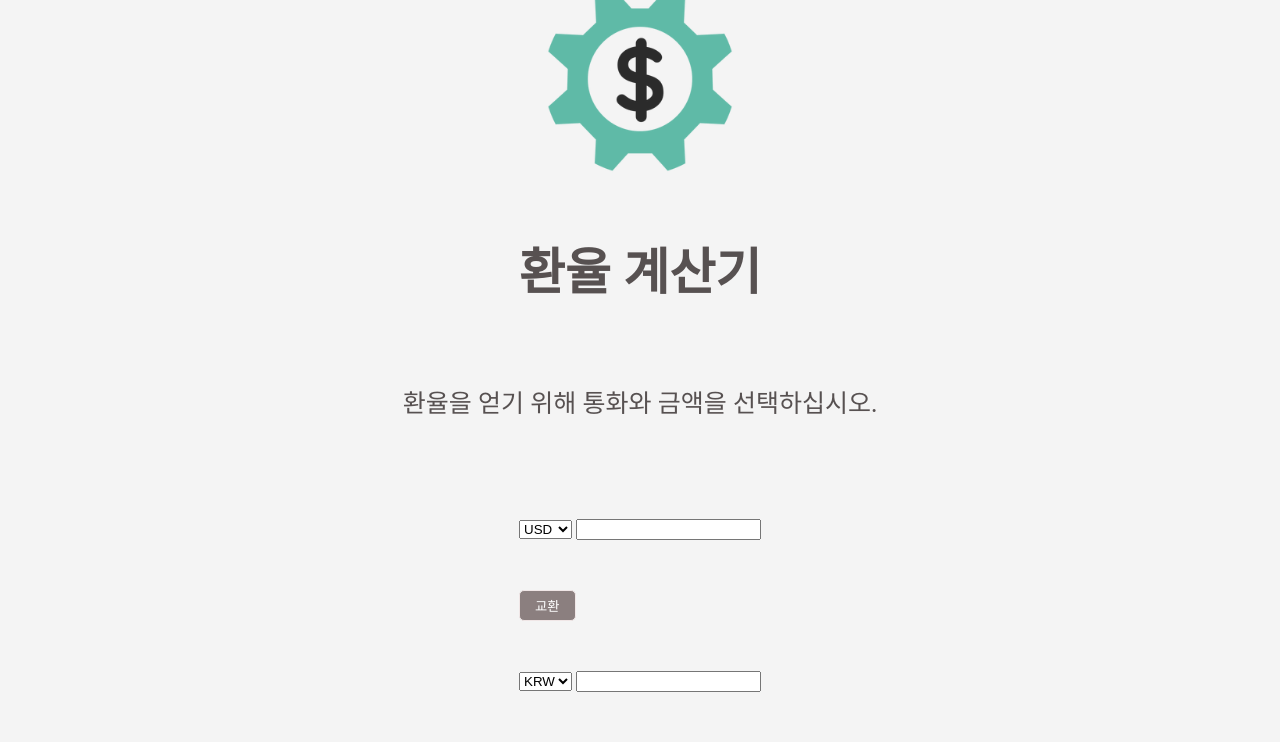
Repository: AbrorjonKuchkarov/exchange-rate
Page: index.html
The author's editor kept a copy of each file at every save. The page is drawn from the files as they stood at one save, then again after the next save.
The browser window is 1280 px wide. The pictures show the whole page.

Above is the page before, as saved 2022-02-24 01:27:27.

After the next save:
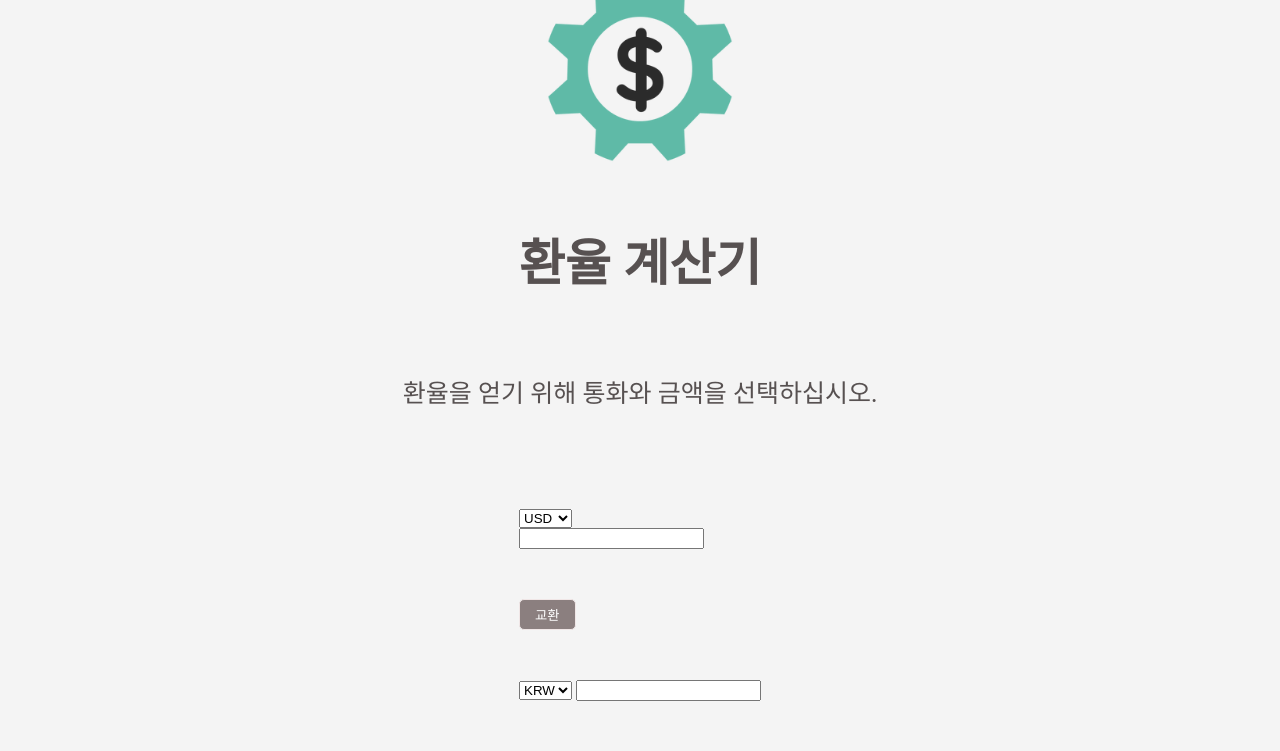
Saved 40 s later.
--- a/style.css
+++ b/style.css
@@ -45,3 +45,7 @@ p{
    flex-direction: column;
    justify-content: space-between;
 }
+
+#selectOne{
+   display: flex;
+}

After the 2 saves that followed:
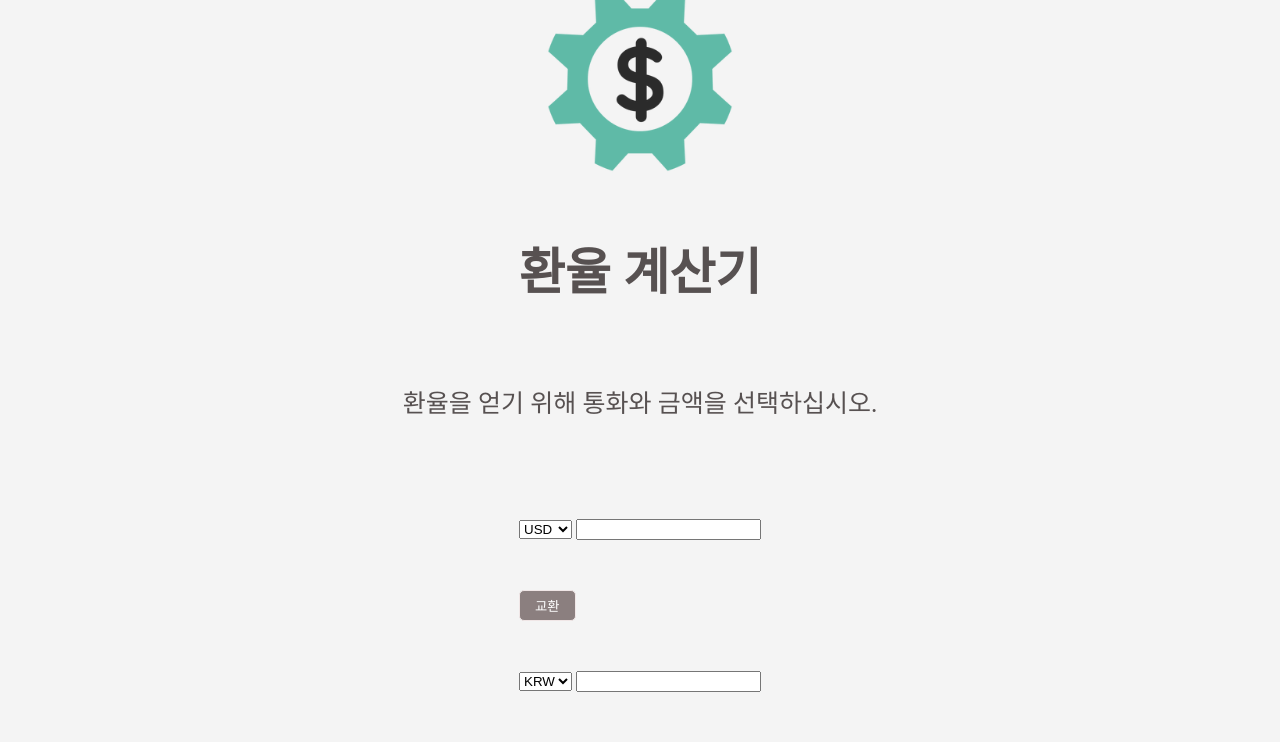
The 2 saves are shown as one change because 1 left the picture as it was.
The last was saved 31 s later.
--- a/style.css
+++ b/style.css
@@ -47,5 +47,6 @@ p{
 }
 
 #selectOne{
-   display: flex;
+
+
 }
